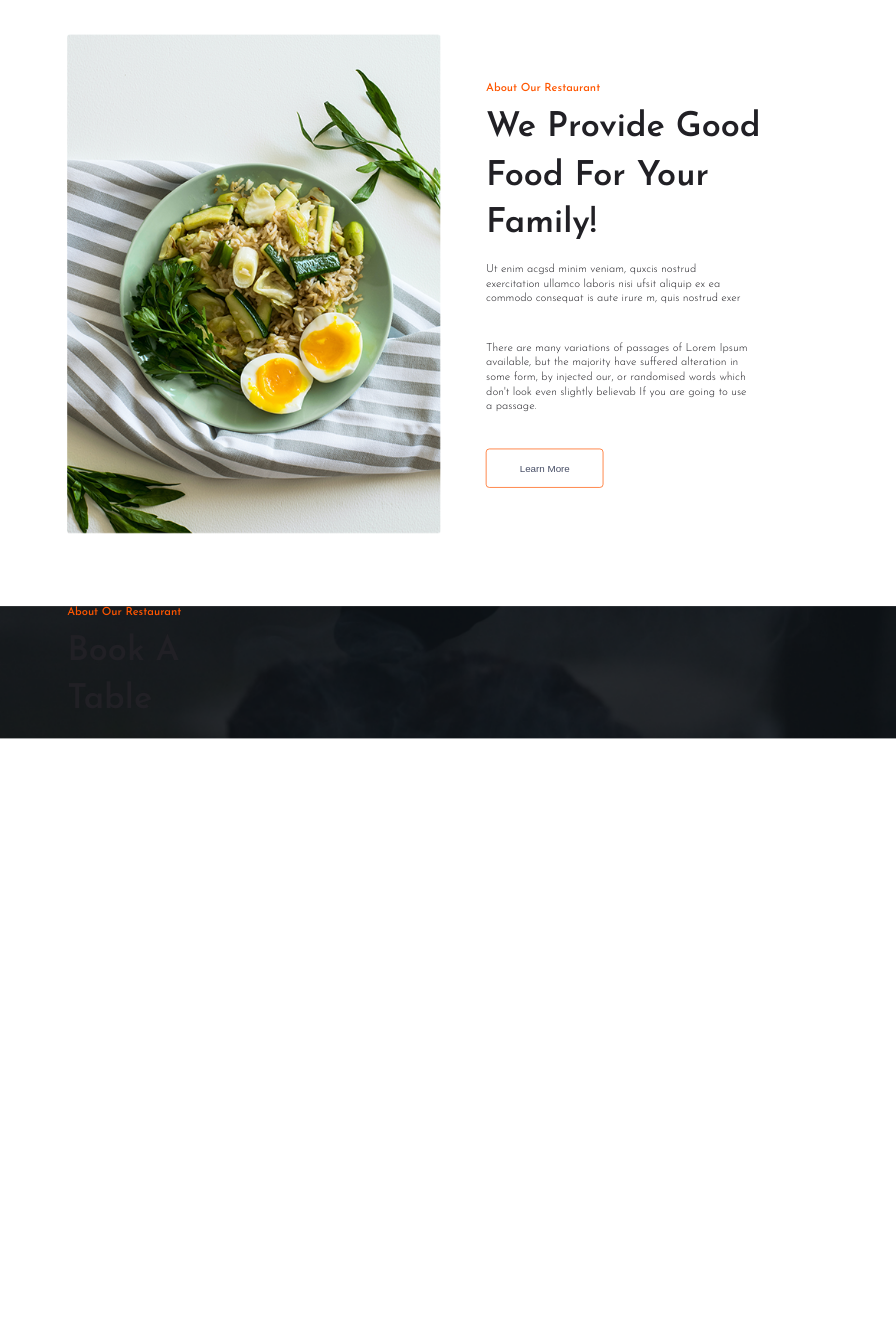
Repository: Ebtehal18/food
Page: index.html
An editor plug-in stored every save of this project. The page is shown before and after the next save, followed by the edit.
The browser window is 1280 px wide. The pictures show the part of the page from y = 3107 to 5027 px (the page is 10000 px tall), at 70% of full size.

Above is the page before, as saved 2024-01-18 20:15:40.

After the next save:
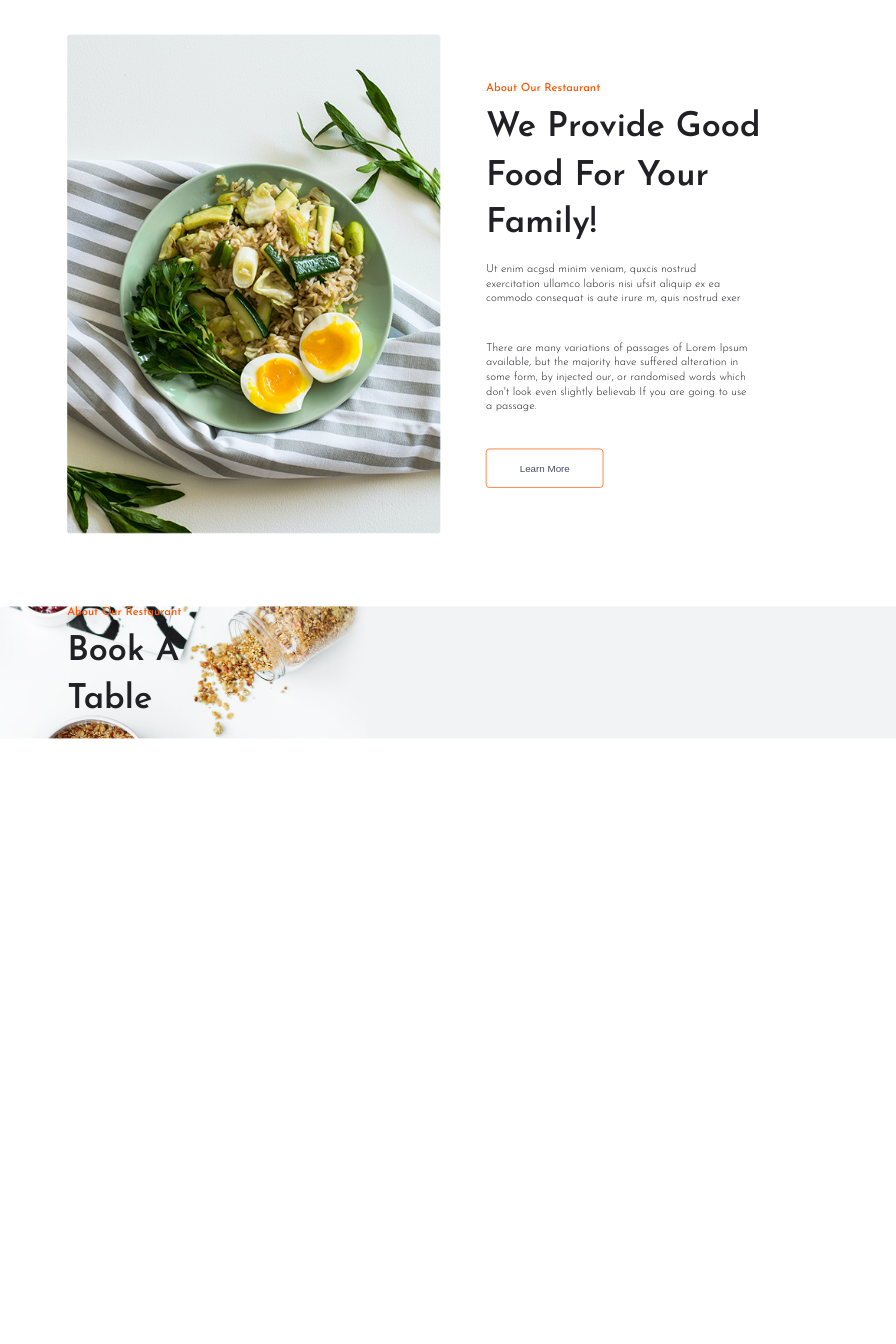
Saved 28 s later.
--- a/asessets/css/style.css
+++ b/asessets/css/style.css
@@ -730,6 +730,6 @@ label {
 }
 /* book */
 .book {
-  background-image: url(../imgs/section_bg02.png);
+  background-image: url(../imgs/section_bg04.png);
   background-size: cover;
 }
